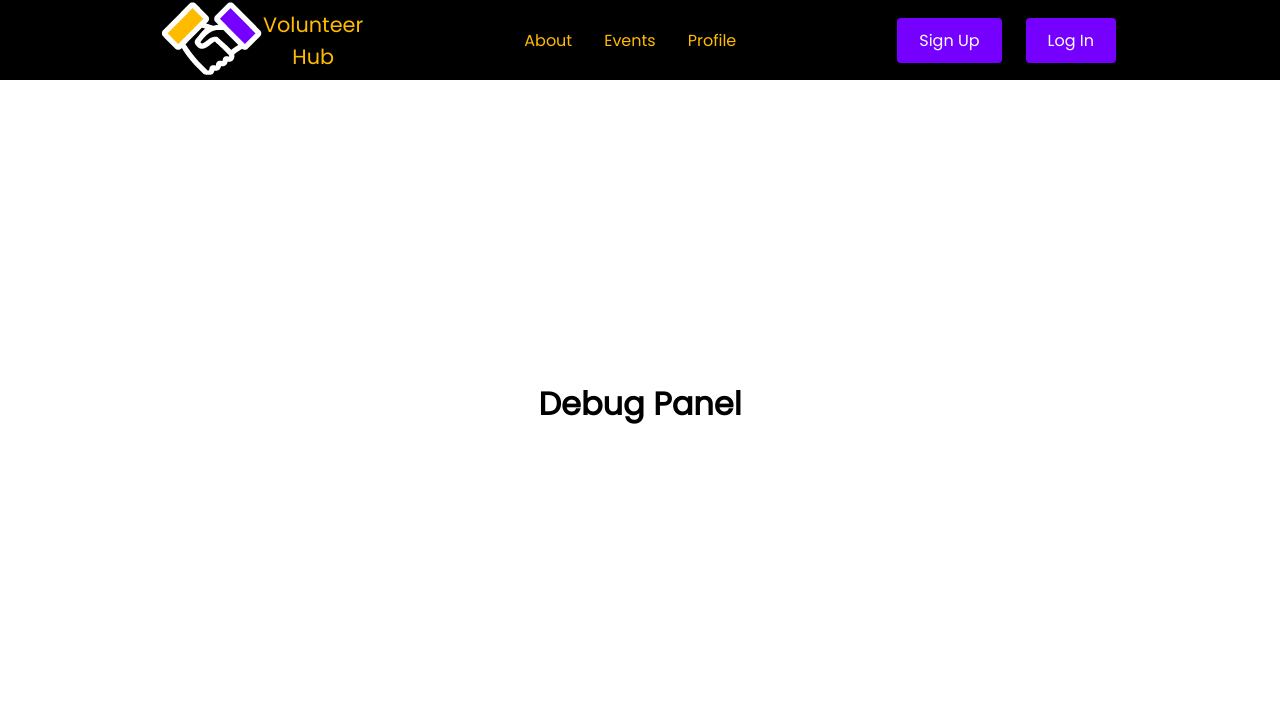
Repository: PetarZecevic97/volunteer-hub
Page: /debug (app in volunteer-hub-frontend/)
These files come from the project's save history. The page is drawn as it stood at one moment and after the next save; the edit follows.
The browser window is 1280 px wide. The pictures show the whole page.
The project was rebuilt for these pictures with package versions that can differ from the ones it lists, and the page was loaded fresh each time. Also part of the build but not shown: volunteer-hub-frontend/src/components/Profile/styles/ProfileStyles.tsx, volunteer-hub-frontend/src/utility/Http.jsx, volunteer-hub-frontend/src/webRequests/webRequests.ts, volunteer-hub-frontend/src/webRequests/webRequestsMock.ts, volunteer-hub-frontend/src/webRequests/webRequestsProvider.ts, volunteer-hub-frontend/src/components/Profile/Organization.tsx, volunteer-hub-frontend/src/components/Profile/Volunteer.tsx, volunteer-hub-frontend/src/pages/Profile.tsx and 7 more.

Above is the page before, as saved 2023-04-17 16:44:39.

### volunteer-hub-frontend/src/index.css
@import url('https://fonts.googleapis.com/css2?family=Poppins:wght@300;400&display=swap');

* {
    box-sizing: border-box;
    margin: 0;
    padding: 0;
}

body {
    font-family: 'Poppins', sans-serif;
}

.container {
    max-width: 500px;
    margin: 30px auto;
    overflow: auto;
    min-height: 300px;
    border: 1px solid steelblue;
    padding: 30px;
    border-radius: 5px;
}

.header {
    display: flex;
    justify-content: space-between;
    align-items: center;
    margin-bottom: 20px;
}

.btn {
    display: inline-block;
    background: #000;
    color: #fff;
    border: none;
    padding: 10px 20px;
    margin: 5px;
    border-radius: 5px;
    cursor: pointer;
    text-decoration: none;
    font-size: 15px;
    font-family: inherit;
}

    .btn:focus {
        outline: none;
    }

    .btn:active {
        transform: scale(0.98);
    }

.btn-block {
    display: block;
    width: 100%;
}

.task {
    background: #f4f4f4;
    margin: 5px;
    padding: 10px 20px;
    cursor: pointer;
}

    .task.reminder {
        border-left: 5px solid green;
    }

    .task h3 {
        display: flex;
        align-items: center;
        justify-content: space-between;
    }

.add-form {
    margin-bottom: 40px;
}

.form-control {
    margin: 20px 0;
}

    .form-control label {
        display: block;
    }

    .form-control input {
        width: 100%;
        height: 40px;
        margin: 5px;
        padding: 3px 7px;
        font-size: 17px;
    }

.form-control-check {
    display: flex;
    align-items: center;
    justify-content: space-between;
}

    .form-control-check label {
        flex: 1;
    }

    .form-control-check input {
        flex: 2;
        height: 20px;
    }

footer {
    margin-top: 30px;
    text-align: center;
}

### volunteer-hub-frontend/src/App.tsx
import { BrowserRouter as Router, Route, Routes } from "react-router-dom";
import React from "react";
import Profile from "./pages/Profile";
import Navbar from "./components/Navbar/Navbar";
import Home from "./pages/Home";
import About from "./pages/About";
import Signin from "./pages/Signin";
import Signup from "./pages/Signup";
import Events from "./pages/Events";
import Volunteer from "./components/Profile/Volunteer";
import Organization from "./components/Profile/Organization";
import DebugPanel from "./components/DebugPanel/DebugPanel";

function App() {
  return (
    <Router>
      <Navbar />
      <Routes>
        <Route path="/" element={<Home />} />
        <Route path="/about" element={<About />} />
        <Route path="/events" element={<Events />} />
        <Route path="/volunteer/:volunteerId" element={<Volunteer />} />
        <Route path="/organization/:organizationId" element={<Organization />} />
        <Route path="/sign-in" element={<Signin />} />
        <Route path="/sign-up" element={<Signup />} />
        <Route path="/profile" element={<Profile />} />
        <Route path="/debug" element={<DebugPanel />} />
      </Routes>
    </Router>
  );
}

export default App;

### volunteer-hub-frontend/src/components/Navbar/Navbar.tsx
import React, { useState, useEffect } from "react";
import {
  Nav,
  NavLink,
  Bars,
  NavMenu,
  NavBtn,
  NavBtnLink,
  Grid,
  TextRow,
} from "./styles/NavbarStyles";
import "./styles/Navbar.css";
import SessionService from "../../utility/Services/SessionService";

const Navbar = () => {
  const [isLoggedIn, setIsLoggedIn] = useState(
    SessionService.checkIsLoggedIn()
  );
  const [isDebug, setIsDebug] = useState( () => {
      if (!process.env.NODE_ENV || process.env.NODE_ENV === 'development') {
        return true;
      } else {
        return false;
      }
    }
  );

  const clearSession = () => {
    SessionService.clearSessionInfo();
    sessionStorage.clear()
    setIsLoggedIn(false);
  };

  useEffect(() => {
    setIsLoggedIn(SessionService.checkIsLoggedIn());

    // Respond to the `storage` event
    const storageEventHandler = (event: any) => {
      if (event.key === "email" || event.key === "username") {
        setIsLoggedIn(event.newValue !== undefined ? true: false);
      }
    };
    // Hook up the event handler
    window.addEventListener("storage", storageEventHandler);
    return () => {
      // Remove the handler when the component unmounts
      window.removeEventListener("storage", storageEventHandler);
    };
  }, []);

  return (
    <>
      <Nav className="navbar">
        <NavLink to="/" className="navbar-logo">
          <img src={require("../../images/logo-small.png")} alt="logo" />
          <Grid>
            <TextRow className="primary">Volunteer</TextRow>
            <TextRow className="secondary">Hub</TextRow>
          </Grid>
        </NavLink>
        <Bars />
        <NavMenu>
          <NavLink className="nav-links" to="/about">
            About
          </NavLink>
          <NavLink className="nav-links" to="/events">
            Events
          </NavLink>
          <NavLink className="nav-links" to="/profile">
            Profile
          </NavLink>
        </NavMenu>
        <NavBtn>
          {!isLoggedIn && <NavBtnLink to="/sign-up">Sign Up</NavBtnLink>}
          {!isLoggedIn && <NavBtnLink to="/sign-in">Log In</NavBtnLink>}
          {isLoggedIn && (
            <NavBtnLink to="/sign-in" onClick={clearSession}>
              Log Out
            </NavBtnLink>
          )}
          {!isDebug && <NavBtnLink to="/debug">Debug</NavBtnLink>}
        </NavBtn>
      </Nav>
    </>
  );
};

export default Navbar;

### volunteer-hub-frontend/src/components/DebugPanel/DebugPanel.tsx
import react from 'react';

const DebugPanel = () => {
      return (
            <div
              style={{
                display: 'flex',
                justifyContent: 'center',
                alignItems: 'center',
                height: '90vh'
              }}
            >
              <h1>Debug Panel</h1>
            </div>
          );
};

export default DebugPanel;

### volunteer-hub-frontend/src/components/Navbar/styles/NavbarStyles.tsx
import { FaBars } from "react-icons/fa";
import { NavLink as Link } from "react-router-dom";
import styled from "styled-components";

export const Nav = styled.nav`
  background: #000;
  height: 80px;
  display: flex;
  justify-content: space-between;
  padding: 0.5rem calc((100vw - 1000px) / 2);
  z-index: 10;
  /* Third Nav */
  /* justify-content: flex-start; */
`;

export const NavLink = styled(Link)`
  color: #ffbb00;
  display: flex;
  align-items: center;
  text-decoration: none;
  padding: 1 1rem;
  height: 100%;
  cursor: pointer;
  &.active {
    color: #9233ff;
  }
`;

export const Grid = styled.div`
  color: #ffbb00;
  text-decoration: none;
  margin: 0 auto;
  padding: 0;
  height: 100%;
  cursor: pointer;
  display: grid;
  place-items: center;
  grid-template-areas: "inner-div";
`;

export const TextRow = styled.p`
  color: #ffbb00;
  display: flex;
  cursor: pointer;
  margin: 0 auto;
  padding: 0;
`;

export const Bars = styled(FaBars)`
  display: none;
  color: #ffbb00;
  @media screen and (max-width: 768px) {
    display: block;
    position: absolute;
    top: 0;
    right: 0;
    transform: translate(-100%, 75%);
    font-size: 1.8rem;
    cursor: pointer;
  }
`;

export const NavMenu = styled.div`
  display: flex;
  align-items: center;
  margin-right: -24px;
  /* Second Nav */
  /* margin-right: 24px; */
  /* Third Nav */
  /* width: 100vw;
  white-space: nowrap; */
  @media screen and (max-width: 768px) {
    display: none;
  }
`;

export const NavBtn = styled.nav`
  display: flex;
  align-items: center;
  margin-right: 24px;
  /* Third Nav */
  /* justify-content: flex-end;
  width: 100vw; */
  @media screen and (max-width: 768px) {
    display: none;
  }
`;

export const NavBtnLink = styled(Link)`
  border-radius: 4px;
  background: #7600ff;
  padding: 10px 22px;
  color: #fff;
  border: none;
  cursor: pointer;
  transition: all 0.2s ease-in-out;
  text-decoration: none;
  /* Second Nav */
  margin-left: 24px;
  &:hover {
    transition: all 0.2s ease-in-out;
    background: #ffbb00;
    color: #000000;
  }
`;

### volunteer-hub-frontend/src/components/Navbar/styles/Navbar.css
.navbar {
  background: linear-gradient(90deg, rgb(28, 27, 27) 0%, rgb(26, 23, 23) 100%);
  height: 80px;
  display: flex;
  justify-content: center;
  align-items: center;
  font-size: 1rem;
}

.navbar-logo {
  color: #fff;
  justify-self: start;
  margin-left: 20px;
  cursor: pointer;
  text-decoration: none;
  font-size: 1.3rem;
}

.nav-menu {
  display: grid;
  grid-template-columns: repeat(5, auto);
  grid-gap: 10px;
  list-style: none;
  text-align: center;
  width: 70vw;
  justify-content: end;
  margin-right: 2rem;
}

.nav-links {
  color: white;
  text-decoration: none;
  padding: 0.5rem 1rem;
}

.nav-links:hover {
  background-color: #6931a8;
  border-radius: 14px;
  transition: all 0.2s ease-out;
}

.fa-bars {
  color: #fff;
}

.nav-links-mobile {
  display: none;
}

.menu-icon {
  display: none;
}

### volunteer-hub-frontend/src/utility/Services/SessionService.tsx
const SessionService = {
  setUserInfo: (username: string, email: string) => {
    sessionStorage.setItem("email", email);
    sessionStorage.setItem("username", username);
  },
  getUserInfo: () => {
    const email = sessionStorage.getItem("email");
    const username = sessionStorage.getItem("username");
    return {
      email: email,
      username: username,
    };
  },
  clearSessionInfo: () => {
    sessionStorage.clear();
  },
  checkIsLoggedIn: () => {
    const id = sessionStorage.getItem('id');
    return id !== null && id !== undefined;
  },
};

export default SessionService;

Loaded but not shown: volunteer-hub-frontend/public/index.html (common file); volunteer-hub-frontend/src/index.tsx (common file); volunteer-hub-frontend/src/reportWebVitals.ts (common file)

After the next save:
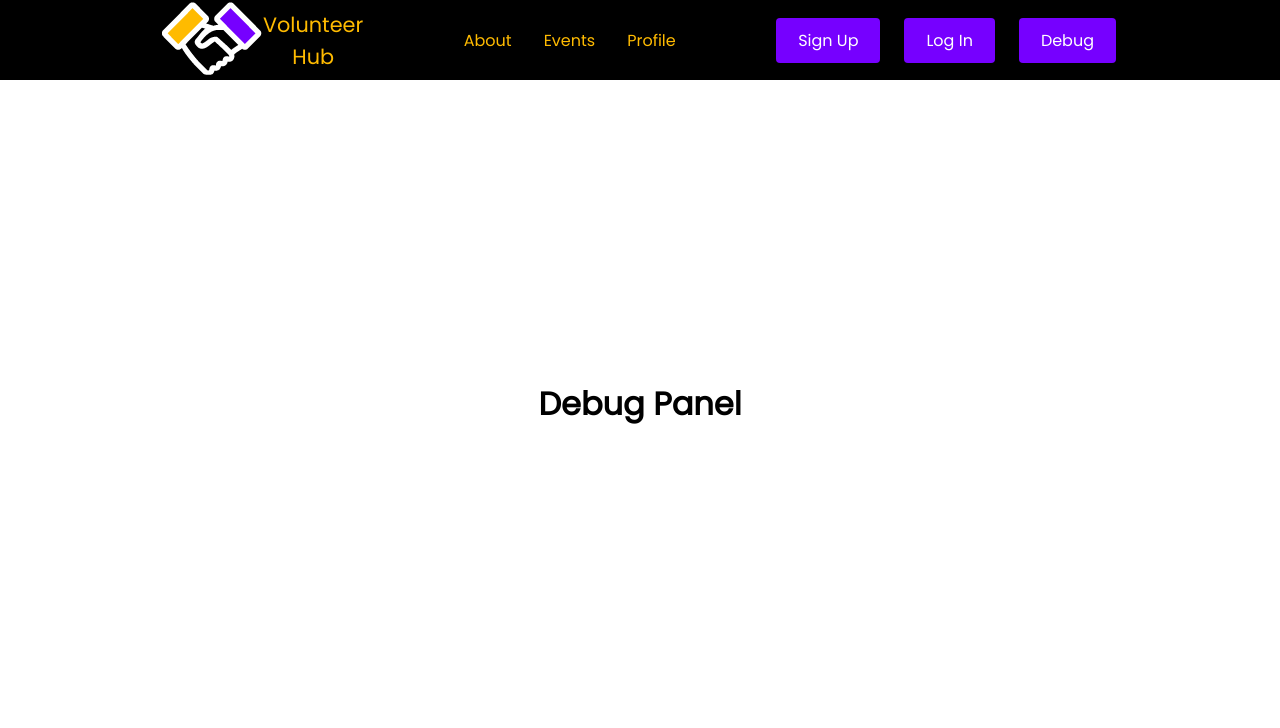
Saved 20 s later.
--- a/volunteer-hub-frontend/src/components/Navbar/Navbar.tsx
+++ b/volunteer-hub-frontend/src/components/Navbar/Navbar.tsx
@@ -78,7 +78,7 @@
               Log Out
             </NavBtnLink>
           )}
-          {!isDebug && <NavBtnLink to="/debug">Debug</NavBtnLink>}
+          {isDebug && <NavBtnLink to="/debug">Debug</NavBtnLink>}
         </NavBtn>
       </Nav>
     </>
